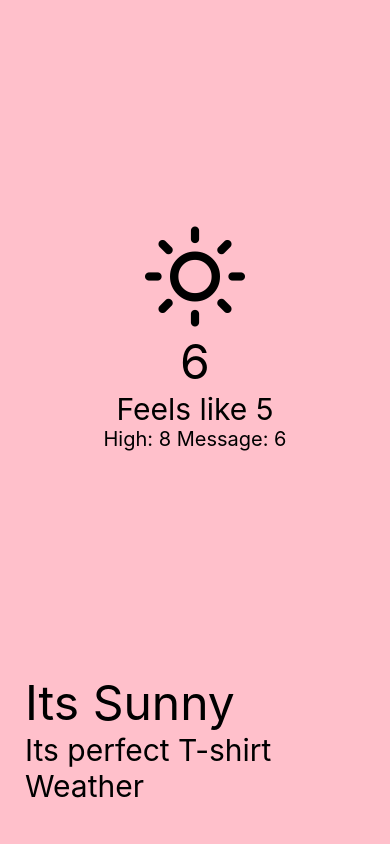
Repository: akinmiday/fcc
Screen: / (app in WeatherApp/)
These files come from the project's save history. The screen is drawn as it stood at one moment and after the next save; the edit follows.
The app was drawn by React Native's web renderer in a window 390 px wide. The project was rebuilt for these pictures with package versions that can differ from the ones it lists, and the page was loaded fresh each time. Also part of the build but not shown: WeatherApp/src/components/ListItem.js, WeatherApp/src/components/screens/UpcomingWeather.js, WeatherApp/src/components/IconText.js, WeatherApp/src/components/screens/City.js.

Above is the screen before, as saved 2023-07-20 04:51:30.

### WeatherApp/App.js
import React from "react"
import { View, StyleSheet } from "react-native"
import CurrentWeather from "./src/components/screens/CurrentWeather"
import UpcomingWeather from "./src/components/screens/UpcomingWeather"
import City from "./src/components/screens/City"

const App = () => {
  return (
    <View style={styles.container}>
      <CurrentWeather />
    </View>
  )
}

const styles = StyleSheet.create({
  container: {
    flex: 1
  }
})

export default App

### WeatherApp/src/components/screens/CurrentWeather.js
import React from "react"
import { View, Text, SafeAreaView, StyleSheet } from "react-native"
import { Feather } from "@expo/vector-icons"
import RowText from "../RowText"

const CurrentWeather = () => {
  const {
    wrapper,
    container,
    highLowWrapper,
    highLow,
    feels,
    temp,
    bodyWrapper,
    description,
    message
  } = styles
  return (
    <SafeAreaView style={wrapper}>
      <View style={container}>
        <Feather name="sun" size={100} color="#000" />
        <Text style={temp}>6</Text>
        <Text style={feels}>Feels like 5</Text>

        <RowText
          messageOne={"High: 8 "}
          messageTwo={"Message: 6"}
          containerStyles={highLowWrapper}
          messageOneStyles={highLow}
          messageTwoStyles={highLow}
        />
      </View>

      <RowText
        messageOne={"Its Sunny"}
        messageTwo={"Its perfect T-shirt Weather"}
        containerStyles={bodyWrapper}
        messageOneStyles={description}
        messageTwoStyles={message}
      />
      {/* <View style={bodyWrapper}>
        <Text style={description}>Its sunny</Text>
        <Text style={message}>Its perfect t-shirt weather</Text>
      </View> */}
    </SafeAreaView>
  )
}

const styles = StyleSheet.create({
  wrapper: {
    flex: 1,
    backgroundColor: "pink"
  },
  container: {
    flex: 1,
    alignItems: "center",
    justifyContent: "center"
  },
  temp: {
    color: "#000",
    fontSize: 48
  },
  feels: {
    fontSize: 30,
    color: "#000"
  },
  highLow: {
    color: "#000",
    fontSize: 20
  },
  highLowWrapper: {
    flexDirection: "row"
  },
  bodyWrapper: {
    justifyContent: "flex-end",
    alignItems: "flex-start",
    paddingLeft: 25,
    marginBottom: 40
  },
  description: {
    fontSize: 48
  },
  message: {
    fontSize: 30
  }
})

export default CurrentWeather

### WeatherApp/src/components/RowText.js
import React from "react"
import { View, Text, StyleSheet } from "react-native"

const RowText = (props) => {
  const {
    messageOne,
    messageTwo,
    containerStyles,
    messageOneStyles,
    messageTwoStyles
  } = props
  return (
    <View style={containerStyles}>
      <Text style={messageOneStyles}>{messageOne}</Text>
      <Text style={messageTwoStyles}>{messageTwo}</Text>
    </View>
  )
}

export default RowText

After the next save:
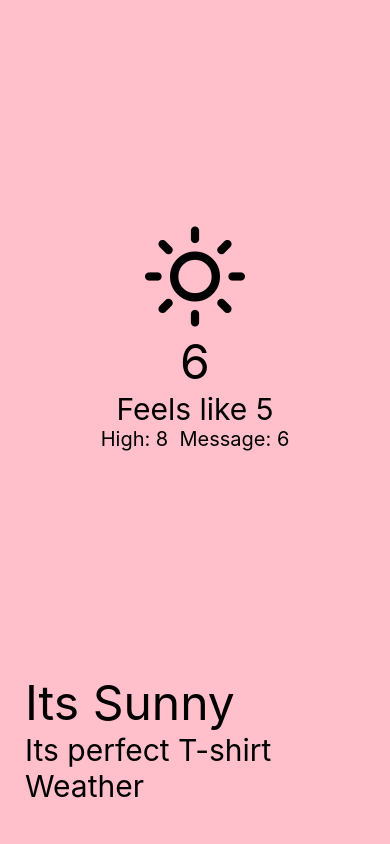
Saved 6 s later.
--- a/WeatherApp/src/components/screens/CurrentWeather.js
+++ b/WeatherApp/src/components/screens/CurrentWeather.js
@@ -24,7 +24,7 @@ const CurrentWeather = () => {
 
         <RowText
           messageOne={"High: 8 "}
-          messageTwo={"Message: 6"}
+          messageTwo={" Message: 6"}
           containerStyles={highLowWrapper}
           messageOneStyles={highLow}
           messageTwoStyles={highLow}
